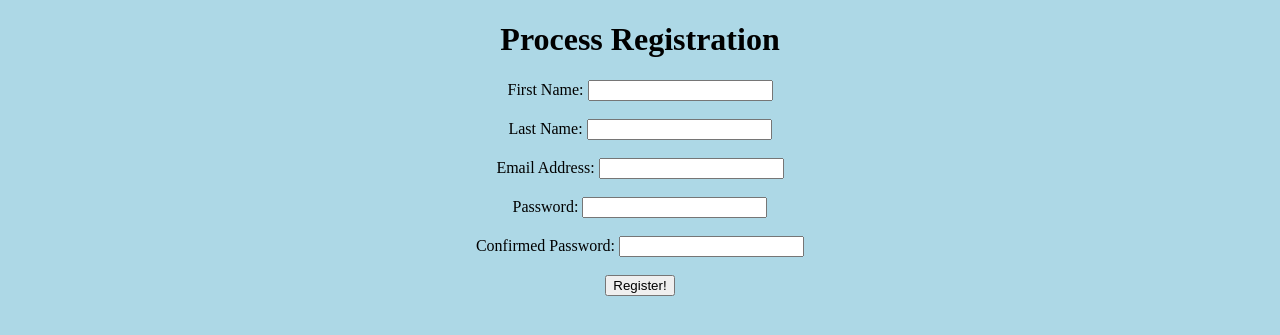
Repository: jedeyejed00/TheGameShaq
Page: http://localhost/ClassWork/ClassAssignment/process_register.php
The author's editor kept a record of every edit. The page is drawn from the files as they stood at one moment, then again after the next edit.
The browser window is 1280 px wide. The pictures show the whole page.
The page is run by PHP 8.4 with error messages shown; the project is at /var/www/html/.

Above is the page before.

### ClassWork/ClassAssignment/process_register.php
<!DOCTYPE html>

<html><head>
<title>Process Registration</title>

    </head>

    <body bgcolor = lightblue><Center>

                <H1>Process Registration</H1>

                <form action ="register.php" method = "POST">

                    <label for ="firstname">First Name:</label>
                    <input type ="firstname" name = "firstName" id="firstname" > <br><br>

                     <label for ="lastname">Last Name:</label>
                    <input type ="lastname" name = "lastName" id="lastname" > <br><br>

                    <label for ="email">Email Address:</label>
                    <input type ="email" name = "email" id="email" > <br><br>

                    <label for ="password">Password:</label>
                    <input type ="password"= name = "password" id ="password" > <br><br>

                    <label for ="confpassword">Confirmed Password:</label>
                    <input type ="password"= name = "confpassword" id ="confpassword" ><br> <br>

                    <button> Register!</button>



                    </form>



</Center></body>

    </html>

After the next edit:
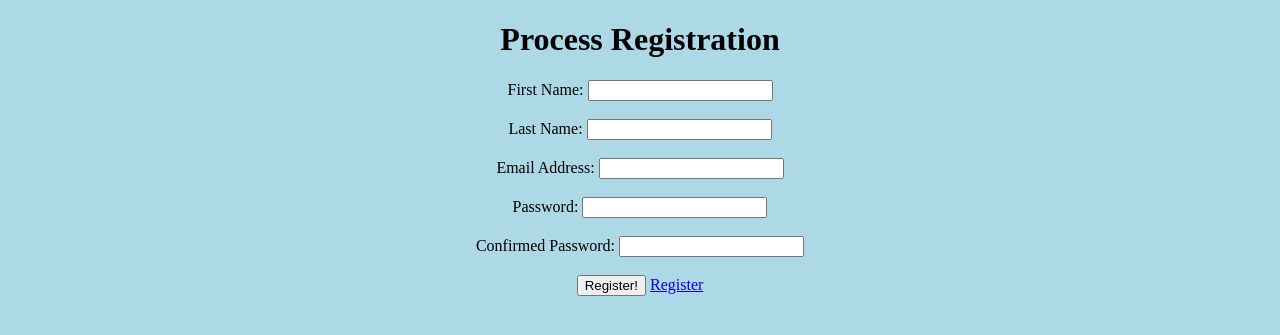
The edit:
--- a/ClassWork/ClassAssignment/process_register.php
+++ b/ClassWork/ClassAssignment/process_register.php
@@ -28,6 +28,8 @@
 
                     <button> Register!</button>
 
+                    <a href = "process_register.php">Register</a>
+
 
 
                     </form>
